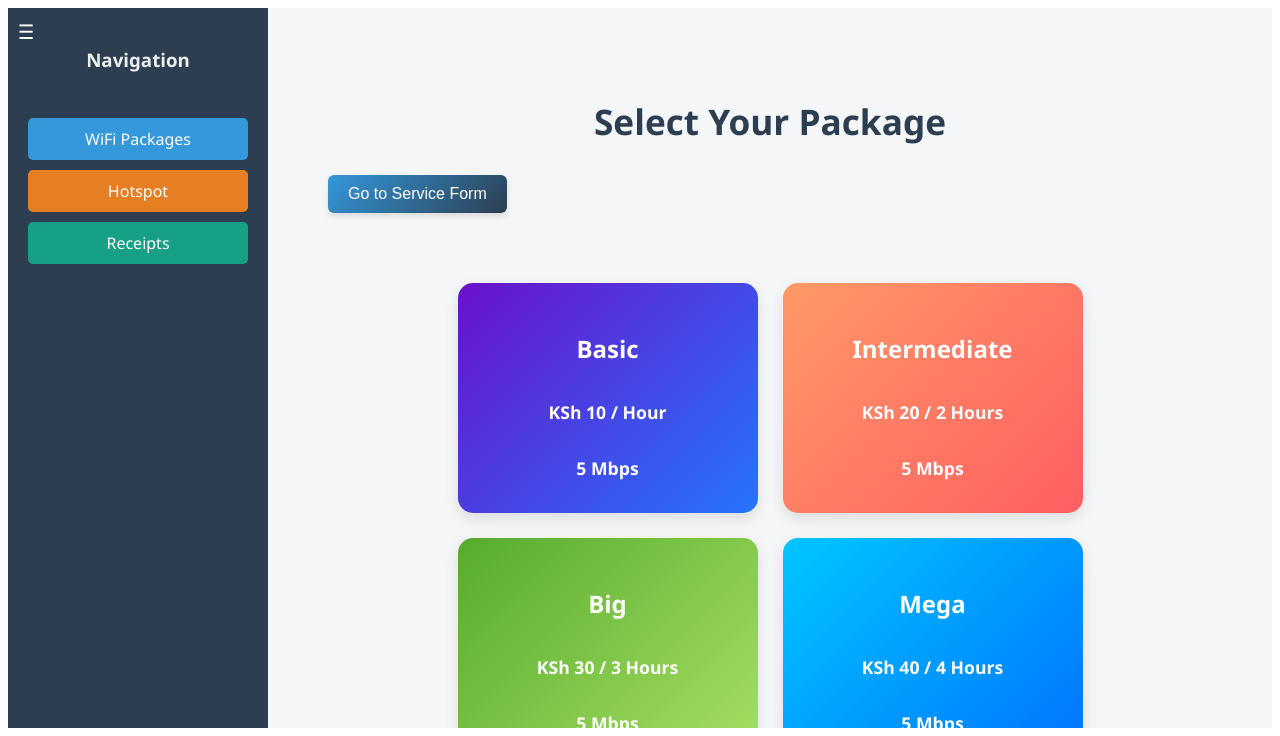
Repository: rachel648/system_Bill
Page: /packages (app in client/)
The author's editor kept a copy of each file at every save. The page is drawn from the files as they stood at one save, then again after the next save.
The browser window is 1280 px wide. The pictures show the whole page.
The page's requests for data from a server got no answer. An inner scrolling area shows only its first screen. The project was rebuilt for these pictures with package versions that can differ from the ones it lists, and the page was loaded fresh each time. No one was signed in, and anything a server would have sent is missing. Also part of the build but not shown: client/src/components/ServiceForm.js, client/src/Hotspot.css, client/src/Hotspot.js, client/src/admin.js. Imported but missing from the stored project, and not drawn on this page: client/src/Receipts.

Above is the page before, as saved 2025-07-10 22:54:17.

### client/public/index.html
<!DOCTYPE html>
<html lang="en">
  <head>
    <meta charset="UTF-8" />
    <meta name="viewport" content="width=device-width, initial-scale=1.0"/>
    <title>Internet Billing System</title>
  </head>
  <body>
    <div id="root"></div>
    <!-- Add React scripts if not using Create React App -->
    <!-- <script src="https://unpkg.com/react@18/umd/react.development.js"></script>
    <script src="https://unpkg.com/react-dom@18/umd/react-dom.development.js"></script> -->
  </body>
</html>

### client/src/App.js
import React, { useState } from 'react';
import { BrowserRouter as Router, Routes, Route, Navigate } from 'react-router-dom';
import ServiceForm from './components/ServiceForm';
import Packages from './Packages';
import Hotspot from './Hotspot';
import Receipts from './Receipts';
import Navigation from './Navigation';
import './App.css';
import Admin from './admin';
import axios from 'axios';

// Set axios defaults for API calls
axios.defaults.baseURL = process.env.REACT_APP_API_BASE_URL || 'http://localhost:5000/api';

const App = () => {
  const [isSidebarVisible, setSidebarVisible] = useState(true);

  const toggleSidebar = () => {
    setSidebarVisible(prev => !prev);
  };

  const Layout = ({ children }) => (
    <div className="app-container">
      <Navigation isVisible={isSidebarVisible} toggle={toggleSidebar} />
      <div className="main-content">
        {children}
      </div>
    </div>
  );

  return (
    <Router>
      <Routes>
        {/* Redirect root to /packages */}
        <Route path="/" element={<Navigate to="/packages" replace />} />

        {/* Main pages with sidebar layout */}
        <Route path="/packages" element={<Layout><Packages /></Layout>} />
        <Route path="/hotspot" element={<Layout><Hotspot /></Layout>} />
        <Route path="/receipts" element={<Layout><Receipts /></Layout>} />
        <Route path="/service" element={<Layout><ServiceForm /></Layout>} />

        {/* Admin page without sidebar */}
        <Route path="/admin" element={<Admin />} />
      </Routes>
    </Router>
  );
};

export default App;

### client/src/Packages.js
import React, { useState } from 'react';
import { useNavigate } from 'react-router-dom';
import './Packages.css';

const packagePrices = {
  Basic: 10,
  Intermediate: 20,
  Big: 30,
  Mega: 40,
  Super: 50,
  DayOffer: 80
};

// Add duration for each package
const packageDurations = {
  Basic: '/ Hour',
  Intermediate: '/ 2 Hours',
  Big: '/ 3 Hours',
  Mega: '/ 4 Hours',
  Super: '/ 5 Hours',
  DayOffer: '24 Hours (Full Day)'
};

const API_BASE_URL = process.env.NODE_ENV === 'production'
  ? 'https://your-production-api.com'
  : 'http://localhost:5000';

const Packages = () => {
  const [isModalOpen, setIsModalOpen] = useState(false);
  const [selectedPackage, setSelectedPackage] = useState(null);
  const [phoneNumber, setPhoneNumber] = useState('');
  const [isProcessing, setIsProcessing] = useState(false);
  const [error, setError] = useState(null);
  const navigate = useNavigate();

  const handleCardClick = (pkg) => {
    setSelectedPackage(pkg);
    setIsModalOpen(true);
    setError(null);
  };

  const formatPhoneNumber = (phone) => {
    let formatted = phone.trim();
    formatted = formatted.replace(/\D/g, ''); // Remove all non-digit characters

    if (formatted.startsWith('254') && formatted.length === 12) {
      return formatted;
    }
    if (formatted.startsWith('07') && formatted.length === 10) {
      return '254' + formatted.substring(1);
    }
    if (formatted.startsWith('7') && formatted.length === 9) {
      return '254' + formatted;
    }
    return formatted; // Let validation catch invalid numbers
  };

  const handlePayment = async () => {
    // Validate phone number - accept +254..., 254..., or 07...
    const phoneRegex = /^(?:\+?254|0)[17]\d{8}$/;
    const testNumber = phoneNumber.trim();

    if (!phoneRegex.test(testNumber)) {
      setError('Please enter a valid Safaricom number (e.g. 0712345678, 254712345678, or +254712345678)');
      return;
    }

    const formattedPhone = formatPhoneNumber(testNumber);
    // Additional validation for the formatted number
    if (formattedPhone.length !== 12 || !formattedPhone.startsWith('254')) {
      setError('Invalid phone number format after conversion');
      return;
    }

    const amount = packagePrices[selectedPackage];
    setIsProcessing(true);
    setError(null);

    try {
      const healthResponse = await fetch(`${API_BASE_URL}/api/health`);
      if (!healthResponse.ok) {
        throw new Error('Backend service is not available');
      }

      const paymentResponse = await fetch(`${API_BASE_URL}/api/payment`, {
        method: 'POST',
        headers: {
          'Content-Type': 'application/json',
        },
        body: JSON.stringify({
          phone: formattedPhone,
          amount,
          package: selectedPackage,
        }),
      });

      const responseData = await paymentResponse.json();

      if (!paymentResponse.ok || !responseData.success) {
        throw new Error(responseData.message || 'Payment request failed');
      }

      alert(`Payment request sent to ${formattedPhone}. Complete payment on your phone`);
      setIsModalOpen(false);
      setPhoneNumber('');

    } catch (err) {
      console.error('Payment Error:', err);
      let errorMessage = err.message;
      if (err.message.includes('Failed to fetch')) {
        errorMessage = 'Cannot connect to the payment service. Please check:';
        errorMessage += '\n1. Your internet connection';
        errorMessage += '\n2. That the backend server is running';
        errorMessage += '\n3. That you have CORS enabled on the backend';
      }
      setError(errorMessage);
    } finally {
      setIsProcessing(false);
    }
  };

  return (
    <div className="container">
      <h2 className="heading">Select Your Package</h2>

      <button
        onClick={() => navigate('/service')}
        className="service-form-button"
        style={{ marginBottom: '20px', padding: '10px 20px' }}
      >
        Go to Service Form
      </button>

      <div className="card-container">
        {Object.keys(packagePrices).map((pkg) => (
          <div key={pkg} className={`card ${pkg.toLowerCase()}-card`} onClick={() => handleCardClick(pkg)}>
            <h3>{pkg}</h3>
            <p>KSh {packagePrices[pkg].toLocaleString()} {packageDurations[pkg]}</p>
            <p>{pkg === 'Basic' ? '5' : pkg === 'Intermediate' ? '5' : pkg === 'Big' ? '5' : '5'} Mbps</p>
          </div>
        ))}
      </div>

      {isModalOpen && (
        <div className="modal">
          <div className="modal-content">
            <h3>Make Payment for {selectedPackage}</h3>
            <label htmlFor="phone">Enter Safaricom Number:</label>
            <input
              type="tel"
              id="phone"
              value={phoneNumber}
              onChange={(e) => {
                setPhoneNumber(e.target.value);
                setError(null);
              }}
              placeholder="e.g. 0712345678, 254712345678, or +254712345678"
              disabled={isProcessing}
              maxLength="13"
            />

            <p className="amount-display">
              Amount: KSh {packagePrices[selectedPackage].toLocaleString()}
            </p>

            {error && (
              <div className="error-message">
                {error.split('\n').map((line, i) => (
                  <p key={i}>{line}</p>
                ))}
              </div>
            )}

            <div className="modal-buttons">
              <button
                onClick={handlePayment}
                disabled={isProcessing}
                className={isProcessing ? 'processing' : ''}
              >
                {isProcessing ? (
                  <>
                    <span className="spinner"></span>
                    Processing...
                  </>
                ) : 'Submit Payment'}
              </button>
              <button
                onClick={() => {
                  setIsModalOpen(false);
                  setError(null);
                }}
                disabled={isProcessing}
              >
                Cancel
              </button>
            </div>
          </div>
        </div>
      )}
    </div>
  );
};

export default Packages;

### client/src/Navigation.js
import React from 'react';
import { Link } from 'react-router-dom';

const Navigation = ({ isVisible, toggle }) => (
  <div className={`navigation ${!isVisible ? 'collapsed' : ''}`}>
    <div className="toggle-icon" onClick={toggle}>☰</div>
    {isVisible && (
      <>
        <h3>Navigation</h3>
        <ul>
          <li><Link to="/packages" className="link-wifi">WiFi Packages</Link></li>
          <li><Link to="/hotspot" className="link-hotspot">Hotspot</Link></li>
          <li><Link to="/receipts" className="link-receipts">Receipts</Link></li>
        </ul>
      </>
    )}
  </div>
);

export default Navigation;

### client/src/App.css
/* Overall container for layout */
.app-container {
  display: flex;
  height: 100vh;
  font-family: 'Segoe UI', Tahoma, Geneva, Verdana, sans-serif;
}

/* Sidebar navigation */
.navigation {
  width: 220px;
  background-color: #2c3e50;
  padding: 20px;
  display: flex;
  flex-direction: column;
  align-items: center;
  transition: width 0.3s ease;
  position: relative;
}

.navigation.collapsed {
  width: 60px;
  padding: 20px 10px;
}

.toggle-icon {
  position: absolute;
  top: 10px;
  left: 10px;
  font-size: 20px;
  cursor: pointer;
  color: white;
}

/* Hide text when collapsed */
.navigation.collapsed h3,
.navigation.collapsed ul {
  display: none;
}

.navigation h3 {
  color: #ecf0f1;
  margin-bottom: 20px;
}

.navigation ul {
  list-style: none;
  padding: 0;
  width: 100%;
}

.navigation li {
  margin: 10px 0;
  width: 100%;
  text-align: center;
}

/* Unique colored links */
.link-wifi {
  background-color: #3498db; /* Blue */
  color: white;
  padding: 10px;
  display: block;
  text-decoration: none;
  border-radius: 5px;
}

.link-hotspot {
  background-color: #e67e22; /* Orange */
  color: white;
  padding: 10px;
  display: block;
  text-decoration: none;
  border-radius: 5px;
}

.link-receipts {
  background-color: #16a085; /* Teal */
  color: white;
  padding: 10px;
  display: block;
  text-decoration: none;
  border-radius: 5px;
}

.link-wifi:hover,
.link-hotspot:hover,
.link-receipts:hover {
  opacity: 0.85;
}

/* Main content area */
.main-content {
  flex: 1;
  padding: 40px;
  background-color: #f4f6f8;
  overflow-y: auto;
}

### client/src/Packages.css
/* Main container */
.container {
  max-width: 1200px;
  margin: 0 auto;
  padding: 20px;
}

.heading {
  text-align: center;
  color: #2c3e50;
  margin-bottom: 30px;
  font-size: 2.2rem;
}

/* Service form button */
.service-form-button {
  background: linear-gradient(135deg, #3498db, #2c3e50);
  color: white;
  border: none;
  border-radius: 6px;
  padding: 12px 24px;
  font-size: 1rem;
  cursor: pointer;
  transition: all 0.3s ease;
  box-shadow: 0 4px 6px rgba(0, 0, 0, 0.1);
}

.service-form-button:hover {
  transform: translateY(-2px);
  box-shadow: 0 6px 12px rgba(0, 0, 0, 0.15);
}

/* Cards container */
.card-container {
  display: flex;
  justify-content: center;
  flex-wrap: wrap;
  gap: 25px;
  padding: 20px;
  margin-top: 30px;
}

/* Card styles */
.card {
  padding: 25px;
  cursor: pointer;
  border-radius: 15px;
  text-align: center;
  width: 250px;
  color: white;
  font-weight: bold;
  box-shadow: 0 6px 15px rgba(0, 0, 0, 0.1);
  transition: all 0.3s cubic-bezier(0.25, 0.8, 0.25, 1);
  display: flex;
  flex-direction: column;
  align-items: center;
  justify-content: space-between;
  min-height: 180px;
}

.card h3 {
  font-size: 1.5rem;
  margin-bottom: 10px;
}

.card p {
  font-size: 1.1rem;
  margin: 8px 0;
}

/* Package-specific colors */
.basic-card {
  background: linear-gradient(135deg, #6a11cb, #2575fc);
}

.intermediate-card {
  background: linear-gradient(135deg, #ff9966, #ff5e62);
}

.big-card {
  background: linear-gradient(135deg, #56ab2f, #a8e063);
}

.mega-card {
  background: linear-gradient(135deg, #00c6ff, #0072ff);
}
.super-card {
  background: linear-gradient(135deg, #ff416c, #ff4b2b);
}
.dayoffer-card {
  background: linear-gradient(135deg, #f7971e, #ffd200);
}


.card:hover {
  transform: translateY(-8px);
  box-shadow: 0 12px 24px rgba(0, 0, 0, 0.2);
}

/* Modal styles */
.modal {
  position: fixed;
  top: 0;
  left: 0;
  right: 0;
  bottom: 0;
  background-color: rgba(0, 0, 0, 0.5);
  display: flex;
  justify-content: center;
  align-items: center;
  z-index: 1000;
  backdrop-filter: blur(3px);
}

.modal-content {
  background-color: white;
  padding: 30px;
  border-radius: 12px;
  width: 90%;
  max-width: 400px;
  text-align: center;
  box-shadow: 0 10px 30px rgba(0, 0, 0, 0.2);
}

.modal-content h3 {
  color: #2c3e50;
  margin-bottom: 20px;
  font-size: 1.5rem;
}

/* Input styles */
input[type="tel"] {
  width: 100%;
  padding: 12px 15px;
  margin: 15px 0;
  border: 2px solid #e0e0e0;
  border-radius: 8px;
  font-size: 1rem;
  transition: border 0.3s ease;
}

input[type="tel"]:focus {
  border-color: #3498db;
  outline: none;
}

/* Amount display */
.amount-display {
  font-size: 1.3rem;
  font-weight: bold;
  color: #2c3e50;
  margin: 15px 0;
  padding: 10px;
  background-color: #f8f9fa;
  border-radius: 8px;
}

/* Button styles */
.modal-buttons {
  display: flex;
  justify-content: center;
  gap: 15px;
  margin-top: 20px;
}

.modal-buttons button {
  padding: 12px 25px;
  border: none;
  border-radius: 8px;
  font-size: 1rem;
  font-weight: 600;
  cursor: pointer;
  transition: all 0.3s ease;
  flex: 1;
  max-width: 150px;
}

.modal-buttons button:first-child {
  background: linear-gradient(135deg, #2ecc71, #27ae60);
  color: white;
}

.modal-buttons button:first-child:hover {
  background: linear-gradient(135deg, #27ae60, #219653);
  transform: translateY(-2px);
}

.modal-buttons button:last-child {
  background: #f1f1f1;
  color: #555;
}

.modal-buttons button:last-child:hover {
  background: #e0e0e0;
}

.modal-buttons button:disabled {
  opacity: 0.7;
  cursor: not-allowed;
  transform: none !important;
}

/* Error message */
.error-message {
  color: #e74c3c;
  background-color: #fdecea;
  padding: 12px;
  border-radius: 8px;
  margin: 15px 0;
  font-size: 0.95rem;
  text-align: left;
  border-left: 4px solid #e74c3c;
}

/* Loading spinner */
.spinner {
  display: inline-block;
  width: 16px;
  height: 16px;
  border: 3px solid rgba(255, 255, 255, 0.3);
  border-radius: 50%;
  border-top-color: white;
  animation: spin 1s ease-in-out infinite;
  margin-right: 10px;
  vertical-align: middle;
}

@keyframes spin {
  to {
    transform: rotate(360deg);
  }
}

/* Responsive design */
@media (max-width: 768px) {
  .card-container {
    gap: 15px;
  }

  .card {
    width: calc(50% - 20px);
    min-width: 150px;
    padding: 20px 10px;
  }

  .modal-content {
    padding: 20px;
  }

  .modal-buttons {
    flex-direction: column;
    gap: 10px;
  }

  .modal-buttons button {
    max-width: 100%;
  }
}

@media (max-width: 480px) {
  .card {
    width: 100%;
  }

  .heading {
    font-size: 1.8rem;
  }
}

Loaded but not shown: client/src/index.js (common file)

After the next save:
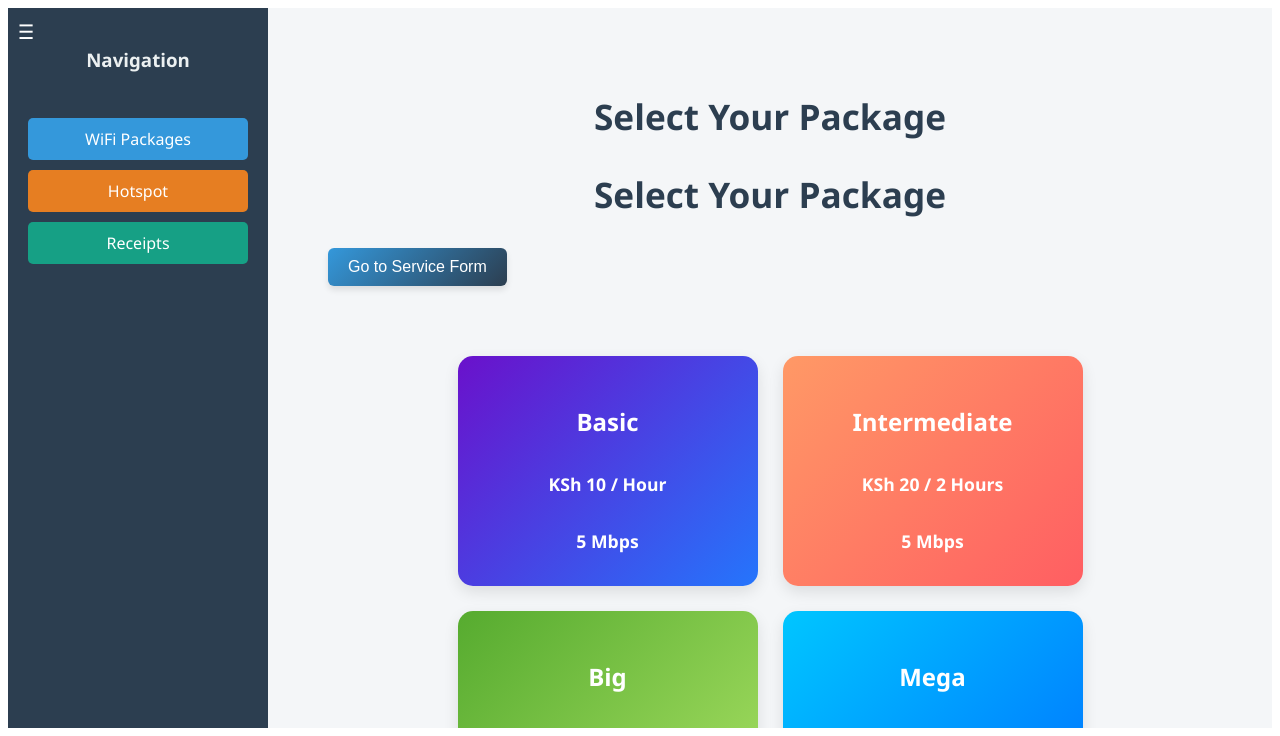
Saved 3 min 27 s later.
--- a/client/src/Packages.js
+++ b/client/src/Packages.js
@@ -121,6 +121,7 @@ const Packages = () => {
 
   return (
     <div className="container">
+       <h1 className="heading">Select Your Package</h1>
       <h2 className="heading">Select Your Package</h2>
 
       <button
